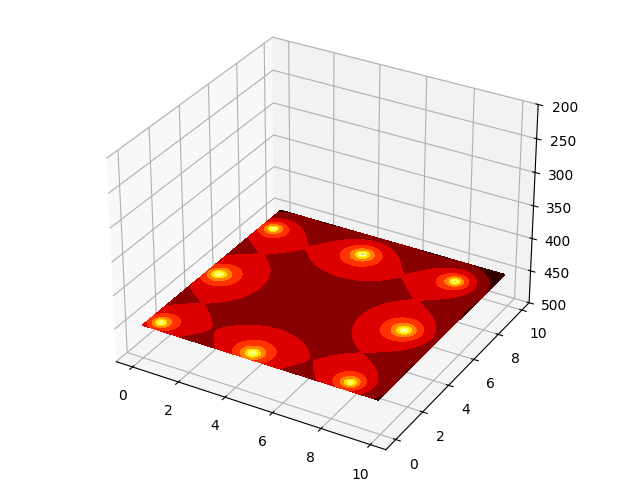
Repository: Jaamunozr/Archivos-python
Script's output: python Archivos Python Documentos/Graficas/tierras.py
These files come from the project's save history. The script's output is drawn as it stood at one moment and after the next save; the edit follows.
Random numbers start from a fixed seed.

Above is the script's output before, as saved 2020-02-19 12:00:17.

After the next save:
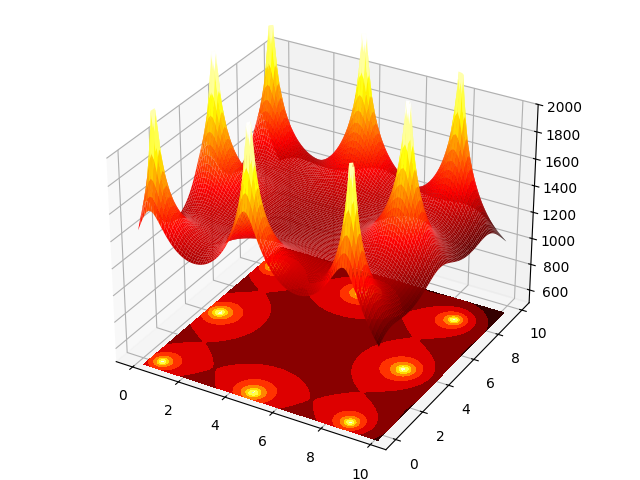
Saved 30 s later.
--- a/Archivos Python Documentos/Graficas/tierras.py
+++ b/Archivos Python Documentos/Graficas/tierras.py
@@ -53,6 +53,6 @@ Z = raiz(abs(X ** 3 + Y ** 3))
 
 axx.plot_surface(X, Y, Vt, rstride=1, cstride=1, cmap=pl.cm.hot)
 axx.contourf(X, Y, Vt, zdir='z', offset=450, cmap=pl.cm.hot)
-axx.set_zlim(500, 200)
+axx.set_zlim(500, 2000)
 
 pl.show()
